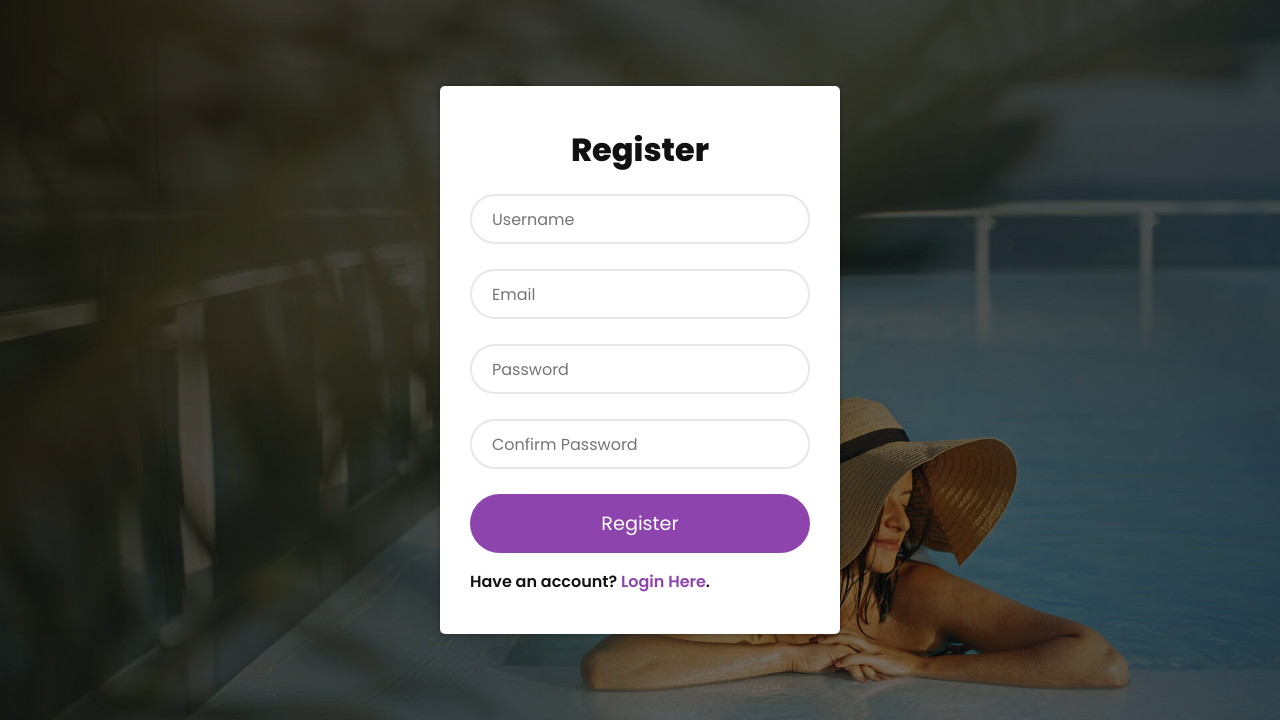
Repository: tanya2468/travel_agency
Page: http://localhost/register.php
The author's editor kept a copy of each file at every save. The page is drawn from the files as they stood at one save, then again after a run of saves.
The browser window is 1280 px wide. The pictures show the whole page.
The page is run by PHP 8.4 with error messages shown; the project is at /var/www/html/.

Above is the page before, as saved 2024-11-12 18:33:51.

After the next 2 saves:
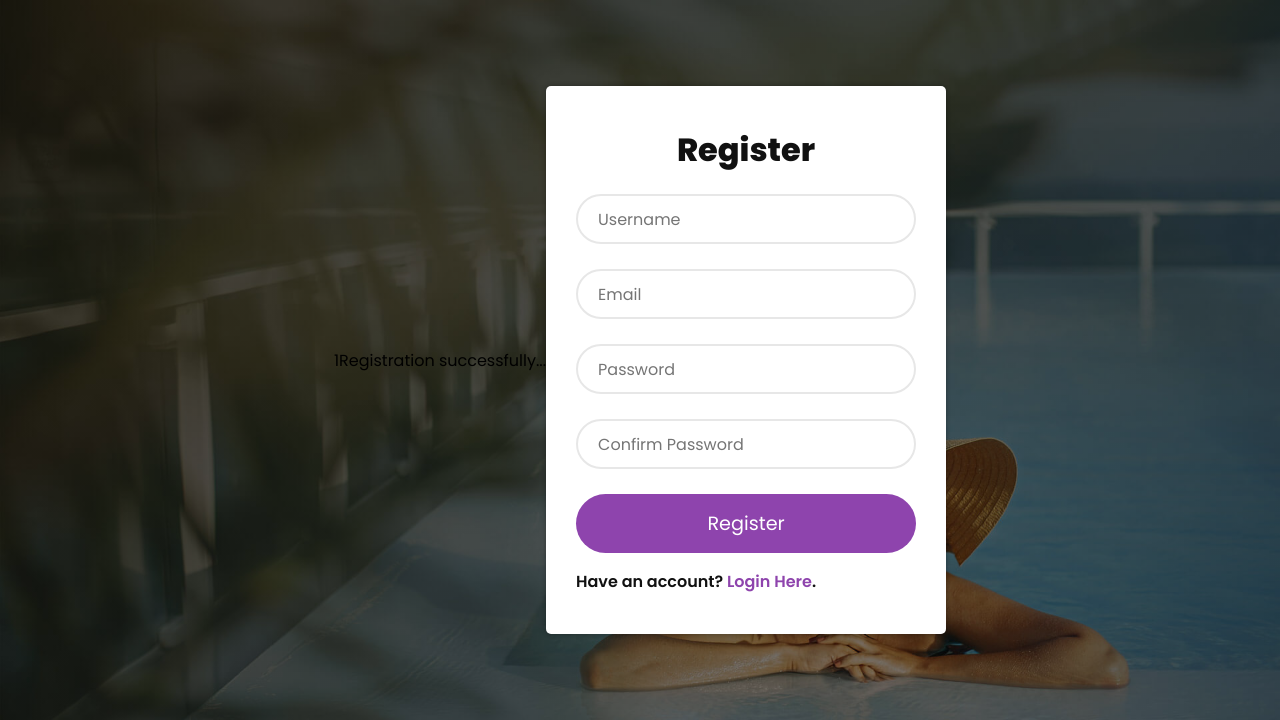
The 2 saves are shown as one change because they came seconds apart.
The last was saved 40 s later.
--- a/register.php
+++ b/register.php
@@ -1,5 +1,6 @@
 <?php
 include 'config.php';
+include 'connect.php';
 error_reporting(0);
 if (isset($_POST['submit'])){
     $username = $_POST['username'];
